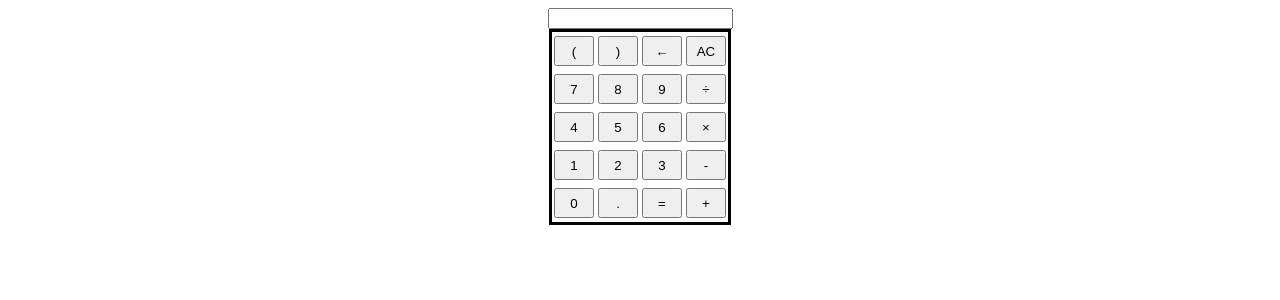
Repository: z1youRA/MyCalculator
Page: index.html
The author's editor kept a copy of each file at every save. The page is drawn from the files as they stood at one save, then again after a run of saves.
The browser window is 1280 px wide. The pictures show the whole page.

Above is the page before, as saved 2021-12-19 14:09:18.

### index.html
<!DOCTYPE html>
<html lang="en">
<head>
    <meta charset="UTF-8">
    <meta http-equiv="X-UA-Compatible" content="IE=edge">
    <meta name="viewport" content="width=device-width, initial-scale=1.0">
    <title>Document</title>
    <link rel='stylesheet' href='./css/styles.css'>
</head>
<body>
    <div class='container'>
        <input type='text'>
        <div class='buttons'>
            <div class='first-row row'>
                <button>(</button>
                <button>)</button>
                <button>←</button>
                <button>AC</button>
            </div>
            <div class='second-row row'>
                <button>7</button>
                <button>8</button>
                <button>9</button>
                <button>÷</button>
            </div>
            <div class='third-row row'>
                <button>4</button>
                <button>5</button>
                <button>6</button>
                <button>×</button>
            </div>
            <div class='fourth-row row'>
                <button>1</button>
                <button>2</button>
                <button>3</button>
                <button>-</button>
            </div>
            <div class='fifth-row row'>
                <button>0</button>
                <button>.</button>
                <button>=</button>
                <button>+</button>
            </div>
        </div>
    </div>

</body>
<script src='script.js'>
</script>
</html>

### css/styles.css
.container {
    display: flex;
    align-items: center;
    justify-content: center;
    flex-direction: column;
}

.buttons {
    display: flex;
    flex-direction: column;
    align-items: center;
    border:solid;
}

.row {
    margin:4px 2px;
}


button {
    height: 30px;
    width: 40px;
}

### script.js
function add(num1, num2) {
    return num1 + num2;
}

function subtract(num1, num2) {
    return num1 - num2;
}

function multiply(num1, num2) {
    return num1 * num2;
}

function divide(num1, num2) {
    return num1 / num2;
}

function operate(operator, num1, num2) {
    if(operator === '+') {
        return add(num1, num2);
    }
    if(operator === '-') {
        return subtract(num1, num2);
    }
    if(operator === '*'|| operator === '×') {
        return multiply(num1, num2);
    }
    if(operator === '/'|| operator === '÷') {
        return divide(num1, num2);
    }
}

After the next 2 saves:
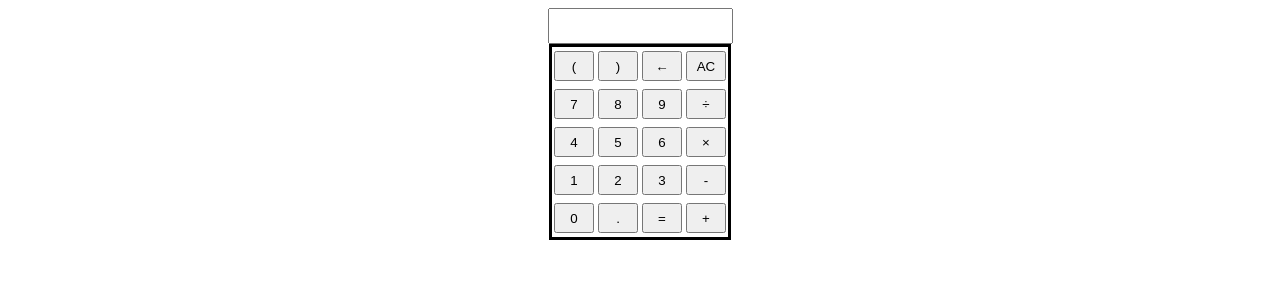
The 2 saves are shown as one change because they came seconds apart.
The last was saved 15 s later.
--- a/css/styles.css
+++ b/css/styles.css
@@ -3,6 +3,10 @@
     align-items: center;
     justify-content: center;
     flex-direction: column;
+}
+
+input {
+    height: 30px;
 }
 
 .buttons {
